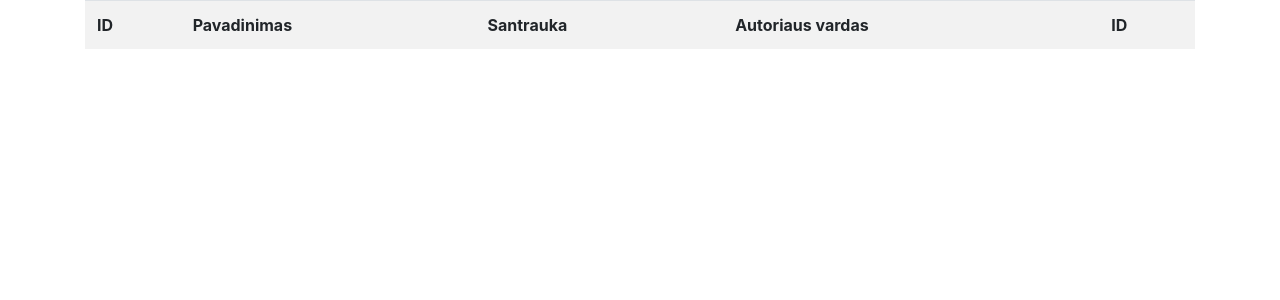
Repository: motiejus1/17-paskaita-PHP-05.31
Page: http://localhost/
The author's editor kept a copy of each file at every save. The page is drawn from the files as they stood at one save, then again after a run of saves.
The browser window is 1280 px wide. The pictures show the whole page.
Some web libraries are served in a nearby version. The page is run by PHP 8.4 with error messages shown; the project is at /var/www/html/. Queries for data that is not in the repository find no rows.

Above is the page before, as saved 2021-09-16 18:50:11.

After the next 3 saves:
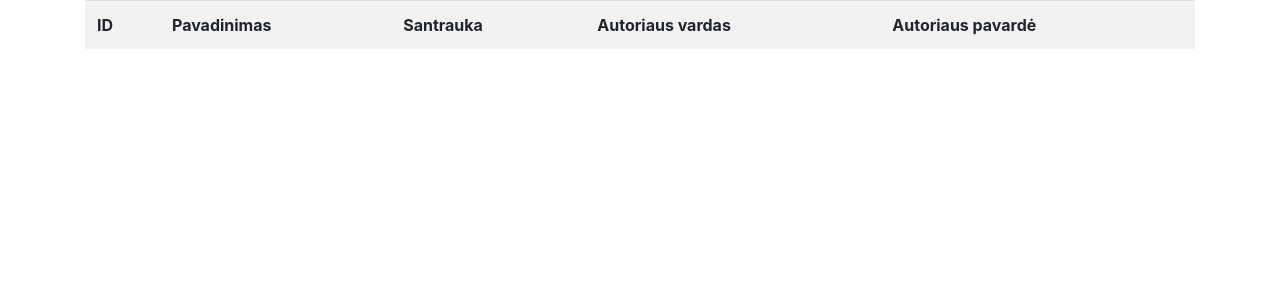
The 3 saves are shown as one change because they came seconds apart.
The last was saved 8 s later.
--- a/index.php
+++ b/index.php
@@ -20,7 +20,7 @@
                 <th>Pavadinimas</th>
                 <th>Santrauka</th>
                 <th>Autoriaus vardas</th>
-                <th>ID</th>
+                <th>Autoriaus pavardė</th>
             </tr>
 
             <?php
